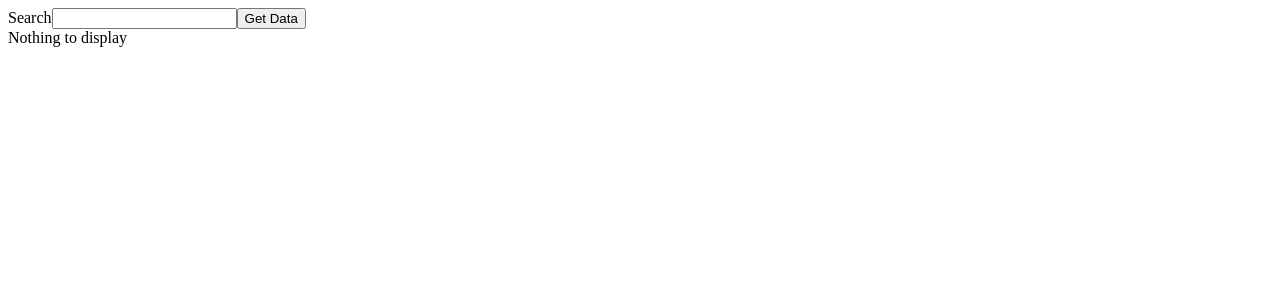
Repository: chatur1998/assign
Page: /
An editor plug-in stored every save of this project. The page is shown before and after the next save, followed by the edit.
The browser window is 1280 px wide. The pictures show the whole page.
The page's requests for data from a server got no answer. The project was rebuilt for these pictures with package versions that can differ from the ones it lists, and the page was loaded fresh each time. No one was signed in, and anything a server would have sent is missing.

Above is the page before, as saved 2021-05-25 18:07:22.

### src/index.js
import React from 'react';
import ReactDOM from 'react-dom';
import App from './App';

ReactDOM.render(
    <React.StrictMode>
      <App />
    </React.StrictMode>,
    document.getElementById('root')
  );

### src/App.js
// import React, { useState, useEffect, useRef } from "react";
// import axios from "axios";

// const App = () => {
//   const [data, setData] = useState([]);
//   const [page, setPage] = useState(0);

//   const useInterval = (callback, delay) => {

//     const savedCallback = useRef();

//     useEffect(() => {
//       savedCallback.current = callback;
//     }, [callback]);

//     useEffect(() => {
//       function tick() {
//         savedCallback.current();
//       }
//       if (delay !== null) {
//         const id = setInterval(tick, delay);
//         return () => clearInterval(id);
//       }
//     }, [delay]);
//   }

//   useInterval(() => {
//     fetchData()
//   }, 1000 * 10);

//   function fetchData() {
//     axios
//       .get(
//         `https://hn.algolia.com/api/v1/search_by_date?tags=story&page=${page}`
//       )
//       .then((res) => console.log(res.data));

//       if(page < 49) {
//         setPage(page + 1);
//       } else {
//         setPage(0);
//       }
//   }

//   useEffect(() => {
//     fetchData();
//   }, []);

//   return <div>App</div>;
// };

// export default App;

import React, { useState, useEffect, useRef } from "react";
import ReactPaginate from "react-paginate";

const NewsCard = (props) => {
  return (
    <div style={{ padding: "20" }}>
      <a href={props.url}>
        {props.title} by {props.author}
      </a>
    </div>
  );
};

function App() {
  const [hits, setHits] = useState([]);
  const [pageCount, setPageCount] = useState(1);
  const [isLoaded, setisLoaded] = useState(false);
  const [currentPage, setcurrentPage] = useState(0);
  const [data, setData] = useState([]);

  const URL = `https://hn.algolia.com/api/v1/search_by_date?tags=story&page=${currentPage}`;

  const handleFetch = () => {
    fetch(URL)
      .then((response) => response.json())
      .then((body) => {
        setData([...body.hits]);
        setPageCount(body.nbPages);
        setisLoaded(true);
      })
      .catch((error) => console.error("Error", error));
  };

    const useInterval = (callback, delay) => {

    const savedCallback = useRef();

    useEffect(() => {
      savedCallback.current = callback;
    }, [callback]);

    useEffect(() => {
      function tick() {
        savedCallback.current();
      }
      if (delay !== null) {
        const id = setInterval(tick, delay);
        return () => clearInterval(id);
      }
    }, [delay]);
  }

  useInterval(() => {
    handleFetch()
  }, 1000 * 10);


  const handlePageChange = (selectedObject) => {
    setcurrentPage(selectedObject.selected);
    handleFetch();
  };

    useEffect(() => {
    handleFetch();
  }, []);

  return (
    <div>
      <label>Search</label>
        <input type="text" onChange={(event) => setQuery(event.target.value)} />
        <button onClick={handleFetch}>Get Data</button>

      {isLoaded ? (
        hits.map((item) => {
          return (
            <NewsCard
              url={item.url}
              title={item.title}
              author={item.author}
              key={item.objectID}
            />
          );
        })
      ) : (
        <div></div>
      )}

      {isLoaded ? (
        <ReactPaginate
          pageCount={pageCount}
          pageRange={2}
          marginPagesDisplayed={2}
          onPageChange={handlePageChange}
          containerClassName={"container"}
          previousLinkClassName={"page"}
          breakClassName={"page"}
          nextLinkClassName={"page"}
          pageClassName={"page"}
          disabledClassNae={"disabled"}
          activeClassName={"active"}
        />
      ) : (
        <div>Nothing to display</div>
      )}
    </div>
  );
}

export default App;

Loaded but not shown: public/index.html (common file)

After the next save:
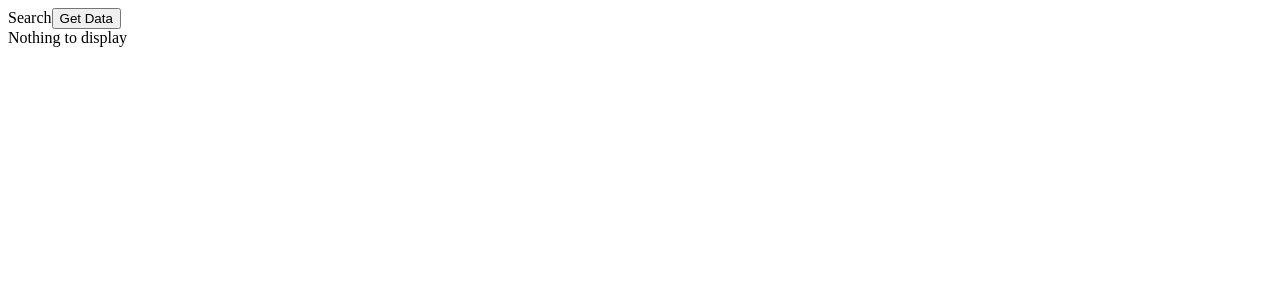
Saved 12 s later.
--- a/src/App.js
+++ b/src/App.js
@@ -120,7 +120,7 @@ function App() {
   return (
     <div>
       <label>Search</label>
-        <input type="text" onChange={(event) => setQuery(event.target.value)} />
+        {/* <input type="text" onChange={(event) => setQuery(event.target.value)} /> */}
         <button onClick={handleFetch}>Get Data</button>
 
       {isLoaded ? (
